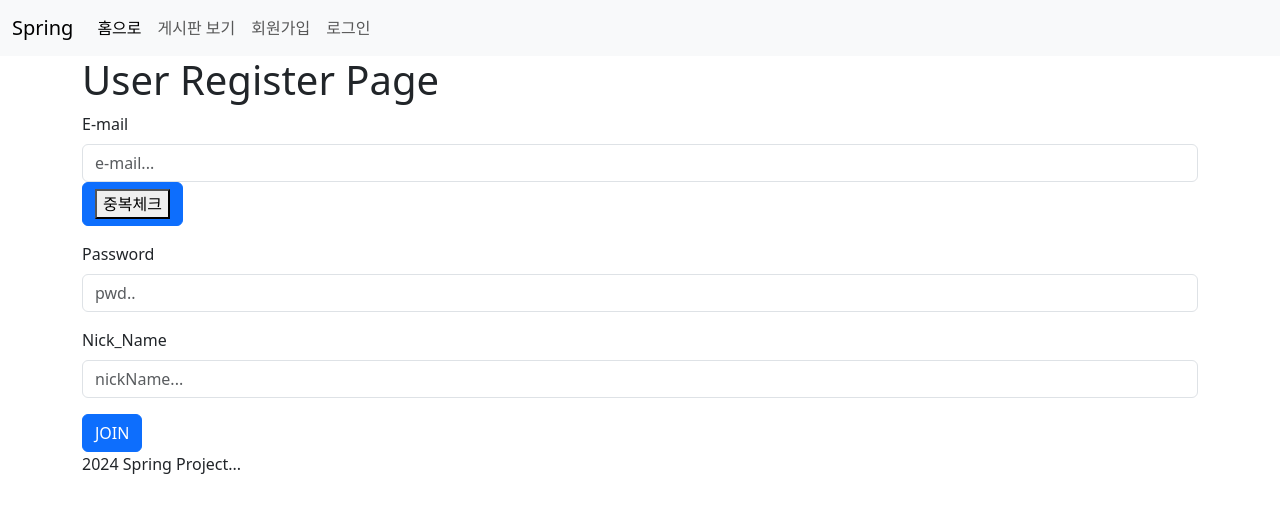
Repository: wanted2001/spring2_project
Page: http://localhost/spring_test2/WEB-INF/views/user/register.jsp
An editor plug-in stored every save of this project. The page is shown before and after the next save, followed by the edit.
The browser window is 1280 px wide. The pictures show the whole page.
The page is served by Tomcat 9. Nobody is signed in. The template is opened directly, without the code that normally fills it, so the values that code supplies are empty.

Above is the page before, as saved 2024-05-09 02:57:05.
Console error: TypeError: Cannot read properties of null (reading 'addEventListener')

After the next save:
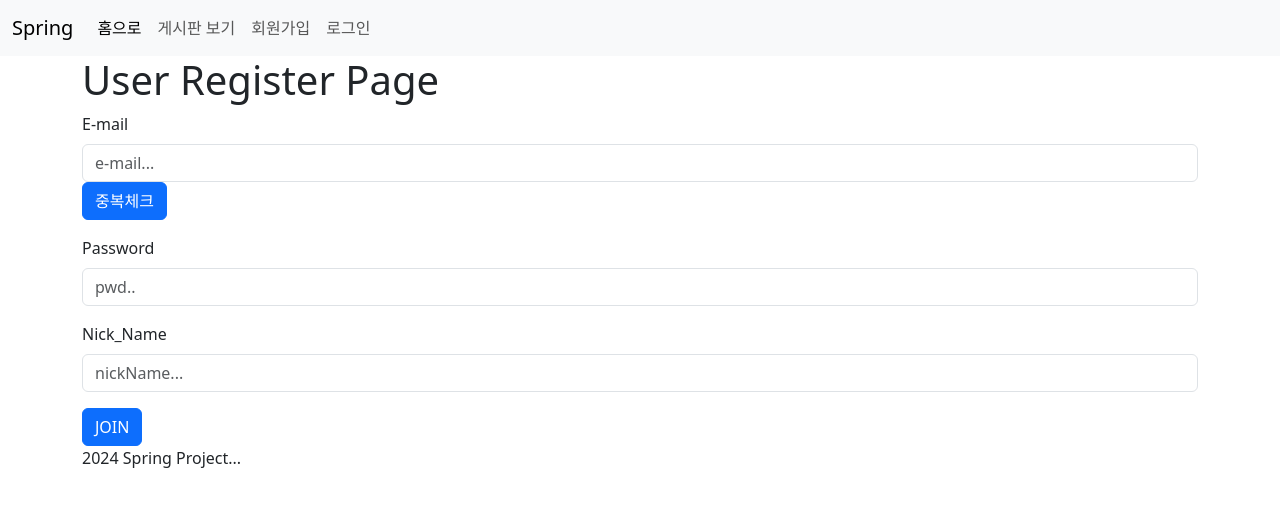
Saved 21 s later.
--- a/spring_test2/src/main/webapp/WEB-INF/views/user/register.jsp
+++ b/spring_test2/src/main/webapp/WEB-INF/views/user/register.jsp
@@ -7,7 +7,7 @@
 		<div class="mb-3">
 	  		<label for="e" class="form-label">E-mail</label>
 	  		<input type="text" class="form-control" name="email" id="e" placeholder="e-mail...">
-	  		<a href="/user/check" class="btn btn-primary"><button type="button">중복체크</button></a>
+	  		<a href="/user/check"><button type="button" class="btn btn-primary">중복체크</button></a>
 		</div>
 		<div class="mb-3">
 	  		<label for="p" class="form-label">Password</label>
